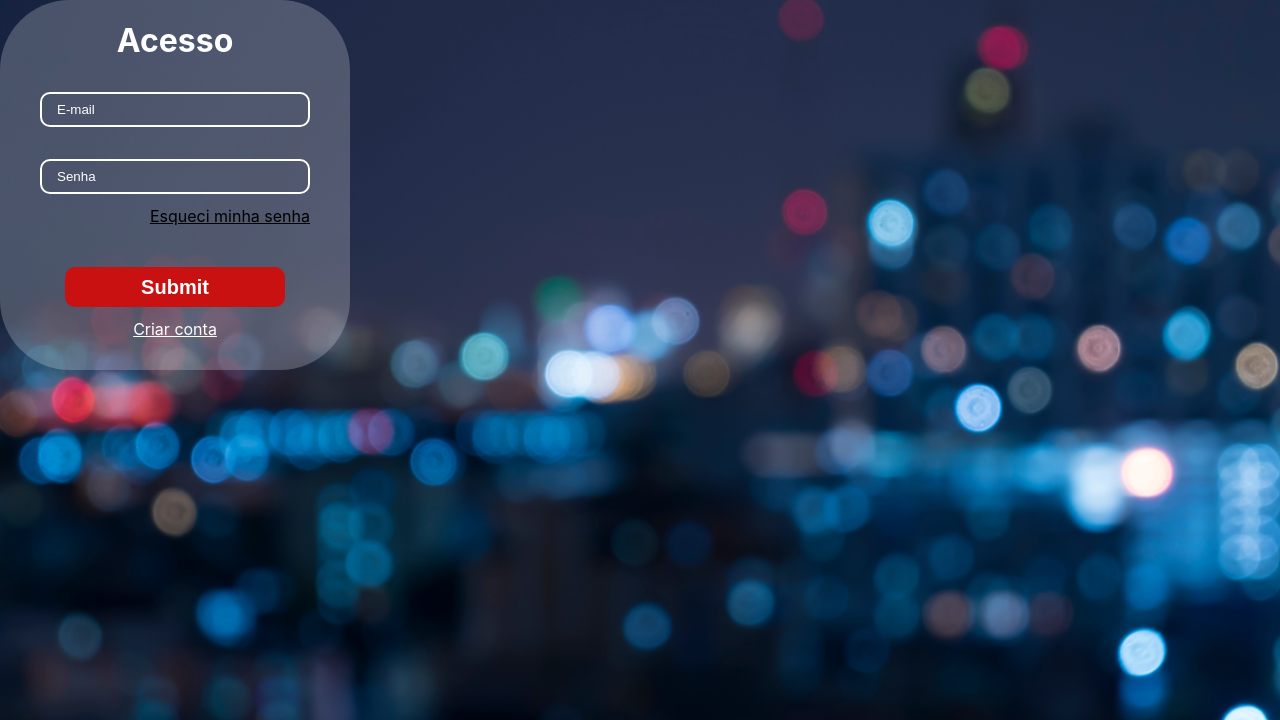
Repository: mateus-henrique-silva/Plataforma_videos_treinamento
Page: / (app in my-app/)
These files come from the project's save history. The page is drawn as it stood at one moment and after the next save; the edit follows.
The browser window is 1280 px wide. The pictures show the whole page.
The project was rebuilt for these pictures with package versions that can differ from the ones it lists, and the page was loaded fresh each time.

Above is the page before, as saved 2022-08-16 09:08:47.

### my-app/src/App.js
import logo from "./logo.svg";
import React from "react";
import "./App.css";
import Login from "./Pages/Login/Login"
import { BrowserRouter as Router, Routes, Route, Link } from "react-router-dom";

function App() {
  return (
    <div className="App">
      <Router>
        <Routes>
          <Route element={<Login />} path="/" />
        </Routes>
      </Router>
    </div>
  );
}

export default App;

### my-app/src/App.css
*{
  padding: 0;
  margin: 0;
  border:0;
}

### my-app/src/Pages/Login/Login.jsx
import React from "react";
import "./Login.css";
import FormLogin from '../../Components/formLogin/formLogin'

const Login = () => {
  return (
    <>
      <div className="backgound-one">
          <FormLogin/>
      </div>
    </>
  );
};

export default Login;

### my-app/src/Pages/Login/Login.css
.backgound-one{
    width:100vw;
    height:100vh;
    background: url("../../Assets//ImageBackground/Rectangle.png") fixed center no-repeat;
}

### my-app/src/Components/formLogin/formLogin.jsx
import React, { useState } from "react";
import "./formLogin.css";
import { BrowserRouter as Router, Routes, Route, Link } from "react-router-dom";

const FormLogin = () => {
  const [email, setEmail] = useState("");
  const [pass, setPass] = useState("");
  return (
    <div>
      <div className="box-login">
        <form className="formLogin">
          <h1>Acesso</h1>
          <input
            type="text"
            placeholder="E-mail"
            value={email}
            onChange={(e) => {
              setEmail(e.target.value);
            }}
          />
          <input
            type="password"
            placeholder="Senha"
            value={pass}
            onChange={(e) => {
              setPass(e.target.value);
            }}
          />
          <Link to="/">Esqueci minha senha</Link>
          <center>
            {" "}
            <input type="submit" />
          </center>
          <Link to="/">Criar conta</Link>
        </form>
      </div>
    </div>
  );
};

export default FormLogin;

### my-app/src/Components/formLogin/formLogin.css
.box-login {
  width: 350px;
  height: 370px;
  display: grid;
  background: rgba(255, 255, 255, 0.22);
  border-radius: 70px;
  justify-content: center;
  align-items: center;
}

.box-login .formLogin input[type="text"], [type="password"] {
  width: 270px;
  height: 35px;
  margin-bottom: 0;
  bottom: 0;
  margin-top: -10px;
  box-sizing: border-box;
  border: 2px solid #ffffff;
  border-radius: 10px;
  padding-left: 15px;
 background:transparent;
 color: #ffffff;
}
.box-login .formLogin input::placeholder {
    color: #ffffff;
  }
.box-login .formLogin {
  height: 100%;
  width: 350px;
  color: #ffffff;
  justify-content: center;
  align-items: center;
  display: grid;
}
.box-login .formLogin a{
    color: black;
    margin-top: -40px;
    display:flex;
    justify-content:flex-end;
}

.box-login .formLogin a:last-child{
    color: white;
    margin-top: -40px;
    display:flex;
    justify-content:center;
}

.box-login .formLogin h1 {
    text-align: center;
  }
.box-login .formLogin input[type="submit"] {
    width: 220px;
    height: 40px;
    margin-bottom: 0;
    bottom: 0;
    font-size: 20px;
    font-weight: 700;
    margin-top:-50px;
    box-sizing: border-box;
    cursor: pointer;
    border-radius: 10px;

    background: #C91111;
   color: #ffffff;
  }

Loaded but not shown: my-app/public/index.html (common file); my-app/src/index.js (common file); my-app/src/index.css (common file); my-app/src/reportWebVitals.js (common file)

After the next save:
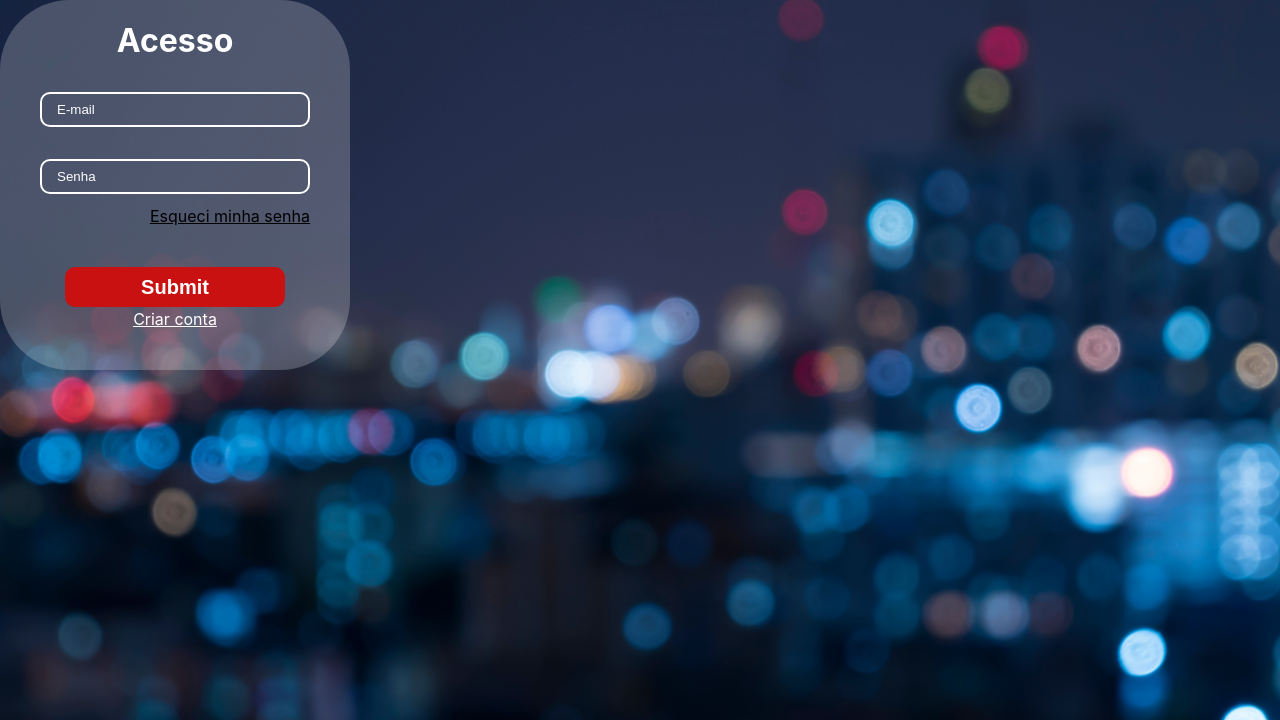
Saved 35 s later.
--- a/my-app/src/Components/formLogin/formLogin.css
+++ b/my-app/src/Components/formLogin/formLogin.css
@@ -41,7 +41,7 @@
 
 .box-login .formLogin a:last-child{
     color: white;
-    margin-top: -40px;
+    margin-top: -60px;
     display:flex;
     justify-content:center;
 }
